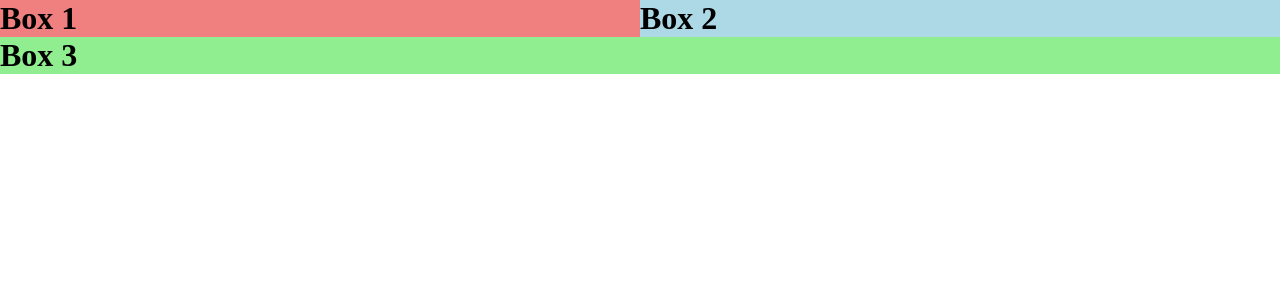
Repository: situmorang-com/grid-system
Page: index.html
The author's editor kept a copy of each file at every save. The page is drawn from the files as they stood at one save, then again after the next save.
The browser window is 1280 px wide. The pictures show the whole page.

Above is the page before, as saved 2020-06-24 18:22:33.

After the next save:
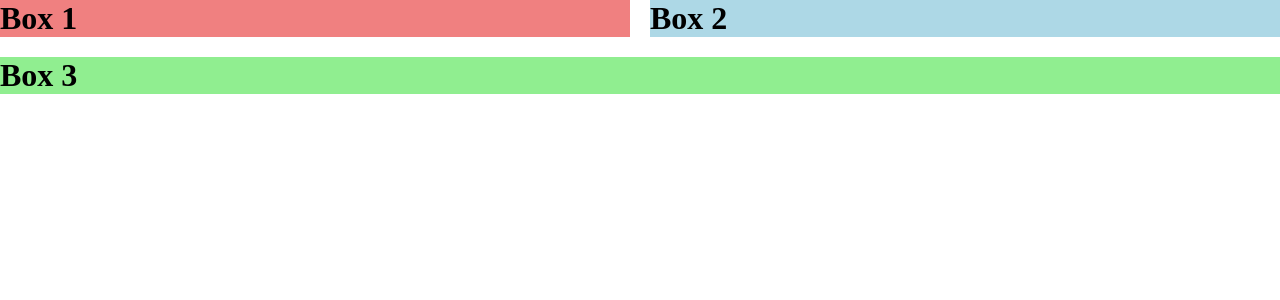
Saved 10 min 31 s later.
--- a/style.css
+++ b/style.css
@@ -23,6 +23,8 @@
     grid-template-areas:
         "box1 box2"
         "box3 box3";
+    grid-column-gap: 20px;
+    grid-row-gap: 20px;
 
 }
 
